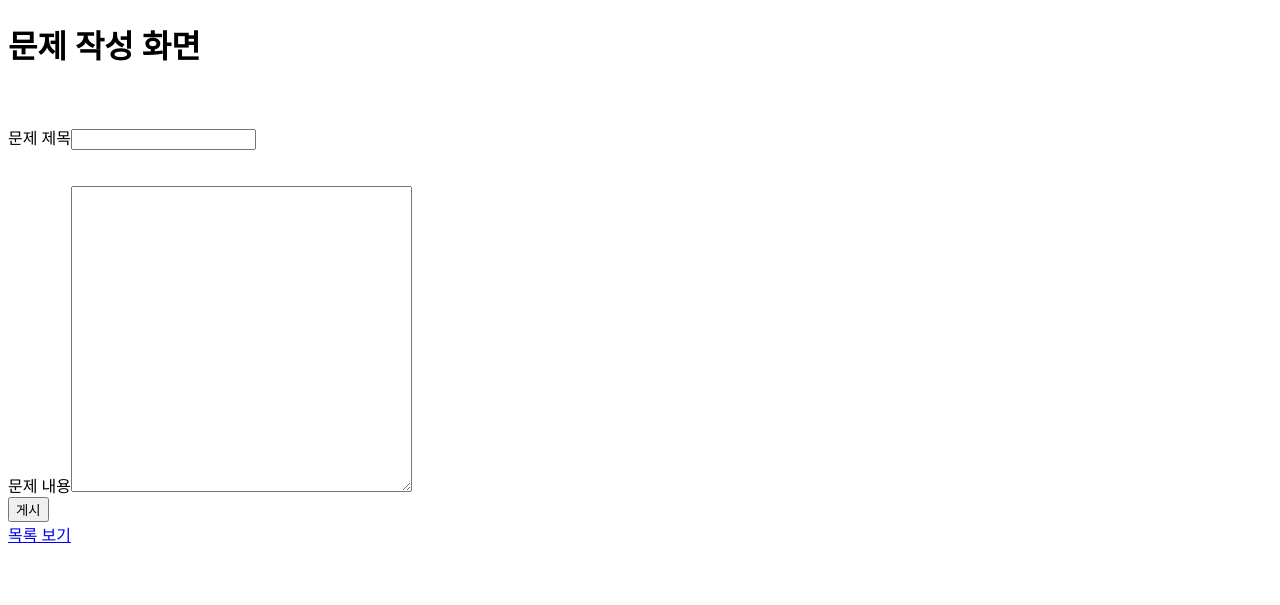
Repository: ryuhm48/Opensource-Project05
Page: http://localhost/Problems/Problems/ProblemWrite.jsp
An editor plug-in stored every save of this project. The page is shown before and after the next save, followed by the edit.
The browser window is 1280 px wide. The pictures show the whole page.
The page is served by Tomcat 9. Other server files are loaded and not shown.

Above is the page before, as saved 2019-06-02 01:24:40.

### 문제 풀이 제출 추가/Problems/WebContent/Problems/ProblemWrite.jsp
<%@ page language="java" contentType="text/html; charset=UTF-8"
pageEncoding="UTF-8"%>

<!DOCTYPE html PUBLIC "-//W3C//DTD HTML 4.01Transitional//EN" "http://www.w3.org/TR/html4/loose.dtd">
<html>
<head>
<meta http-equiv="Content-Type" content = text/html; charset="UTF-8">
<title>문제 작성</title>
</head>
<body>
	<h1>문제 작성 화면</h1>

	<form action = "write.do" method = "post">
		<input type = "text" name = "studyNum" style = "display : none;"><br/>
		<input type = "text" name = "problemNum2" style = "display : none;"><br/>
		문제 제목<input type = "text" name = "problemName"><br/>
		<input type = "text" name = "problemLanguage" style = "display : none;"><br/>
		<input type = "text" name = "writerName" style = "display : none;"><br/>
		문제 내용<textarea name = "problemContent" rows="20" cols="40"></textarea><br/>
		<input type = "submit" value = "게시">
	</form>

	<a href="list.do">목록 보기</a>

</body>
</html>

After the next save:
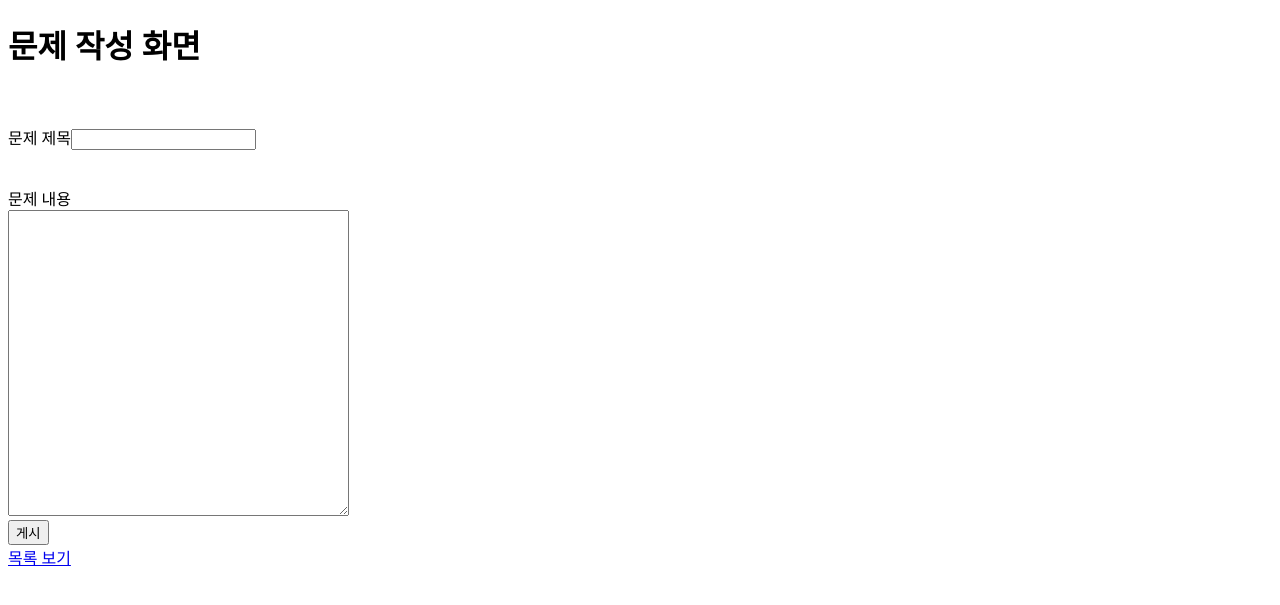
Saved 21 s later.
--- a/문제 풀이 제출 추가/Problems/WebContent/Problems/ProblemWrite.jsp
+++ b/문제 풀이 제출 추가/Problems/WebContent/Problems/ProblemWrite.jsp
@@ -16,7 +16,7 @@ pageEncoding="UTF-8"%>
 		문제 제목<input type = "text" name = "problemName"><br/>
 		<input type = "text" name = "problemLanguage" style = "display : none;"><br/>
 		<input type = "text" name = "writerName" style = "display : none;"><br/>
-		문제 내용<textarea name = "problemContent" rows="20" cols="40"></textarea><br/>
+		문제 내용<br/><textarea name = "problemContent" rows="20" cols="40"></textarea><br/>
 		<input type = "submit" value = "게시">
 	</form>
 
